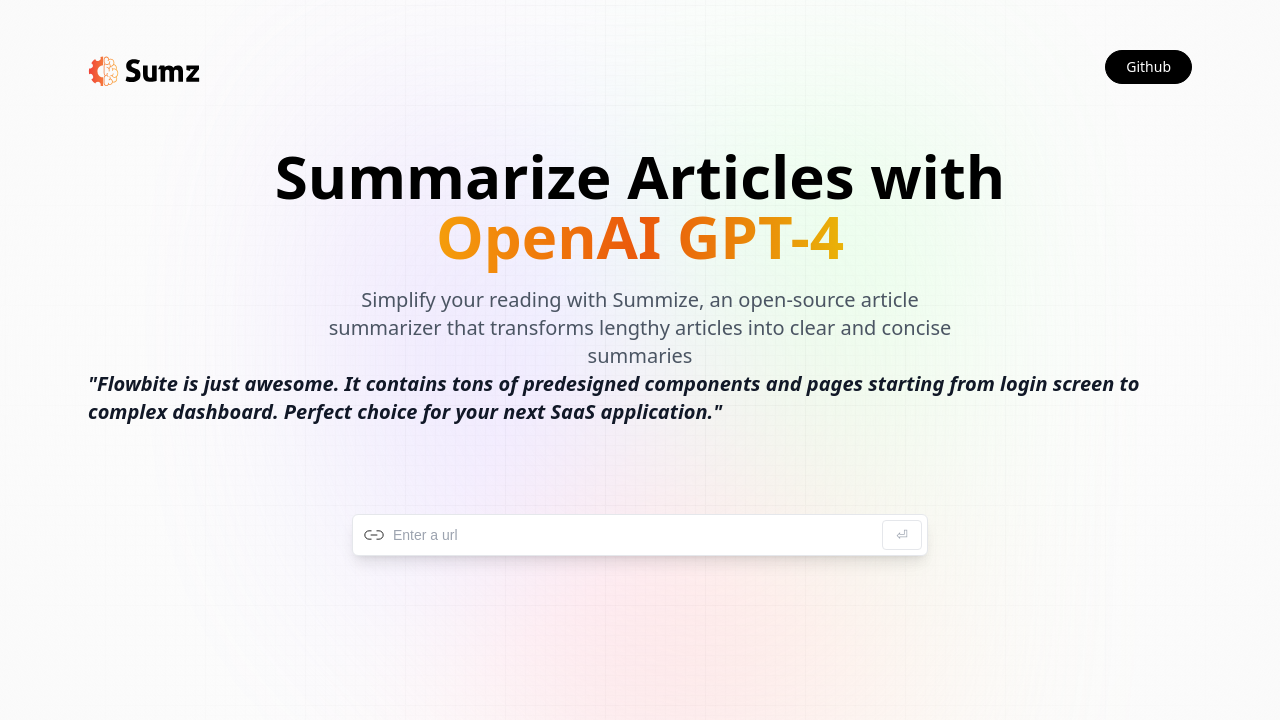
Repository: specialobyno/chatgpt-4
Page: /
An editor plug-in stored every save of this project. The page is shown before and after a run of saves, followed by the edit.
The browser window is 1280 px wide. The pictures show the whole page.
The page's requests for data from a server got no answer. An inner scrolling area shows only its first screen. Some web fonts or font styles are not loaded; a fallback is used. The project was rebuilt for these pictures with package versions that can differ from the ones it lists, and the page was loaded fresh each time. No one was signed in, and anything a server would have sent is missing. Also part of the build but not shown: vite.config.ts.

Above is the page before, as saved 2023-04-24 03:08:09.

### index.html
<!DOCTYPE html>
<html lang="en">
  <head>
    <meta charset="UTF-8" />
    <link rel="icon" type="image/svg+xml" href="/favicon.ico" />
    <meta name="viewport" content="width=device-width, initial-scale=1.0" />
    <link
      href="https://api.fontshare.com/v2/css?f[]=satoshi@1,900,700,500,300,400&display=swap"
      rel="stylesheet"
    />
    <link rel="preconnect" href="https://fonts.googleapis.com" />
    <link rel="preconnect" href="https://fonts.gstatic.com" crossorigin />
    <link
      href="https://fonts.googleapis.com/css2?family=Inter:wght@100;200;300;400;500;600;700;800;900&display=swap"
      rel="stylesheet"
    />
    <title>OpenAI Article Summarizer</title>
  </head>
  <body>
    <div id="root"></div>
    <script type="module" src="/src/main.tsx"></script>
  </body>
</html>

### src/main.tsx
import React from 'react'
import ReactDOM from 'react-dom/client'
import { Provider } from "react-redux"
import App from './App.tsx'
import store from './services/store.ts'



ReactDOM.createRoot(document.getElementById('root') as HTMLElement).render(
  <React.StrictMode>
    <Provider store={store} >
       <App />
    </Provider>

  </React.StrictMode>,
)

### src/App.tsx


import Demo from './components/Demo'
import Hero from './components/Hero'

import './App.css'
const App = () => {

  return (
    <main>
        <div className='main'>
            <div className="gradient" />
            <div className="app">
                <Hero />
                <Demo />
            </div>
        </div>
    </main>
  )
}

export default App

### src/services/store.ts
import { configureStore } from "@reduxjs/toolkit";
import { articleApi } from "./article";

const store = configureStore({
    reducer: {
        [articleApi.reducerPath] : articleApi.reducer
    },
    middleware: (getDefaultMiddleware) => getDefaultMiddleware().concat(articleApi.middleware)
})
export type RootState = ReturnType<typeof store.getState>
export default store

### src/components/Demo.tsx
import { FormEvent, useEffect, useState } from "react"
import copy from "../assets/copy.svg"
import linkIcon from "../assets/link.svg"
import loader from "../assets/loader.svg"
import tick from "../assets/tick.svg"
import { useLazyGetSummaryQuery } from "../services/article"

const Demo = () => {
  const [article, setArticle] = useState<{
    url: string
    summary: string
  }>({
    url: "",
    summary: "",
  })
  const [getSummary, {error, isFetching}] = useLazyGetSummaryQuery()
  const [allArticles, setAllArticles] = useState<{ summary: any; url: string; }[]>([])
  useEffect(()=> {
    const unParsedArticlesFromLocalStorage = localStorage.getItem('articles')
    const articlesFromLocalStorage = unParsedArticlesFromLocalStorage ? JSON.parse(unParsedArticlesFromLocalStorage) : []
    setAllArticles(articlesFromLocalStorage)
  }, [])
  const [copied1, setCopied1] = useState("")
  const [copied2, setCopied2] = useState("")
  const handleSubmit = async (e: FormEvent<HTMLFormElement>) => {
    e.preventDefault()
    const { data } = await getSummary({articleUrl: article.url})
    if(data?.summary){
      const newArticle = {...article, summary: data.summary}
      const updatedAllArticles = [newArticle, ...allArticles]
      setArticle(newArticle)
      setAllArticles(updatedAllArticles)
      localStorage.setItem('articles', JSON.stringify(updatedAllArticles))
    }
  }
  const handleCopy = (text: string, setFunc: (arg0: string) => any) => {
    navigator.clipboard.writeText(text)
    setFunc(text)
    setTimeout(() => setFunc(''), 3000)
  }
  return (
    <section className="mt-16 w-full max-w-xl">
      <div className="flex flex-col w-full gap-2">
        <form onSubmit={handleSubmit} className="relative flex justify-center items-center">
          <img src={linkIcon} alt="link" className="absolute left-0 my-2 ml-3 w-5" />
          <input
            type="url"
            placeholder="Enter a url"
            value={article.url}
            onChange={(e) => setArticle({ ...article, url: e.target.value })}
            required
            className="url_input peer text-green-900"
          />
          <button type="submit" className="submit_btn peer-focus:border-gray-700 peer-focus:text-gray-700">
            ⏎
          </button>
        </form>
        <div className="flex flex-col gap-1 max-h-60 overflow-y-auto">
          {allArticles.map((item, index) =>(
            <div
            key={`link-${index}`}
            className="link_card"
            >
              <div className="copy_btn" onClick={() => handleCopy(item.url, setCopied1)}>
                <img src={copied1 === item.url ? tick : copy} alt="copy_icon" className="w-[40%] h-[40%] object-contain " />
              </div>
              <p
              onClick={() => setArticle(item)}
              className="flex-1 font-satoshi text-blue-700 font-medium text-sm truncate">
                {item.url}
              </p>
            </div>
          ))}
        </div>
      </div>
      <div className="my-10 max-w-full flex justify-center">
            {isFetching ? (
              <img src={loader} alt="loader" className="w-20 h-20 object-contain" />
            ) : (
              error ? (
                <p className="font-inter font-bold text-black text-center">
                  Ops! That wasn't supposed to happen
                  <br />
                  <span className="font-satoshi font-normal text-gray-700">
                    {(error as any).data.message}
                  </span>
                </p>
              ) : (
                article.summary && (
                  <div className="flex flex-col gap3">
                    <h2 className="font-satoshi font-bold text-gray-600 text-xl">
                      Article <span className="blue_gradient">Summary</span>
                    </h2>
                    <div className="summary_box">
                      <p className="text-justify font-inter font-medium text-sm text-gray-700">{article.summary}</p>
                    </div>
                    <div className="flex  justify-end p-2 w-full" >
                      <button
                      disabled={copied2 === article.summary}
                      type="button"
                      className="bg-gradient-to-r from-orange-400 via-red-500 to-pink-500 hover:from-pink-500 hover:to-yellow-500 text-white text-sm font-bold py-2 px-4 rounded-full"
                      onClick={()=> handleCopy(article.summary, setCopied2)}
                      >
                        {copied2 === article.summary ? (
                          <small>Copied</small>
                        ): (
                          <small>Copy Summary</small>
                        )}
                      </button>
                    </div>
                  </div>

                )
              )
            ) }
      </div>
    </section>
  )
}

export default Demo

### src/components/Hero.tsx
import logo from "../assets/logo.svg"

const Hero = () => {
  return (
    <header className="w-full flex justify-center items-center flex-col">
      <nav className="flex justify-between items-center w-full mb-10 pt-3">
        <img src={logo} alt="Logo" className="w-28 object-contain" />
        <button
        type="button"
        onClick={() => window.open("https://github.com/specialobyno")}
        className="black_btn"
        >
            Github
        </button>
      </nav>
      <h1 className="head_text">
        Summarize Articles with <br className="max-md:hidden" />
        <span className="orange_gradient">OpenAI GPT-4</span>
      </h1>
      <h2 className="desc">
        Simplify your reading with Summize, an open-source article summarizer that transforms lengthy articles into clear and concise summaries
      </h2>

      <h3>
      <blockquote class="text-xl italic font-semibold text-gray-900 dark:text-white">
    <p>"Flowbite is just awesome. It contains tons of predesigned components and pages starting from login screen to complex dashboard. Perfect choice for your next SaaS application."</p>
</blockquote>

        <br />
        <p></p>
      </h3>
    </header>
  )
}

export default Hero

### src/App.css
@tailwind base;
@tailwind components;
@tailwind utilities;

/*
  Note: The styles for this gradient grid background is heavily inspired by the creator of this amazing site (https://dub.sh) – all credits go to them!
*/

.main {
  width: 100vw;
  min-height: 100vh;
  height: 100%;
  position: fixed;
  display: flex;
  justify-content: center;
  padding: 120px 24px 160px 24px;
  overflow-y: auto !important;
  /* pointer-events: none; */
}

.main:before {
  background: radial-gradient(circle, rgba(2, 0, 36, 0) 0, #fafafa 100%);
  position: absolute;
  content: "";
  z-index: 2;
  width: 100%;
  height: 100%;
  top: 0;
}

.main:after {
  content: "";
  background-image: url("/src/assets/grid.svg");
  z-index: 1;
  position: absolute;
  width: 100%;
  height: 100%;
  top: 0;
  opacity: 0.4;
  filter: invert(1);
}

.gradient {
  height: fit-content;
  z-index: 3;
  width: 100%;
  max-width: 640px;
  background-image: radial-gradient(
      at 27% 37%,
      hsla(215, 98%, 61%, 1) 0px,
      transparent 0%
    ),
    radial-gradient(at 97% 21%, hsla(125, 98%, 72%, 1) 0px, transparent 50%),
    radial-gradient(at 52% 99%, hsla(354, 98%, 61%, 1) 0px, transparent 50%),
    radial-gradient(at 10% 29%, hsla(256, 96%, 67%, 1) 0px, transparent 50%),
    radial-gradient(at 97% 96%, hsla(38, 60%, 74%, 1) 0px, transparent 50%),
    radial-gradient(at 33% 50%, hsla(222, 67%, 73%, 1) 0px, transparent 50%),
    radial-gradient(at 79% 53%, hsla(343, 68%, 79%, 1) 0px, transparent 50%);
  position: absolute;
  content: "";
  width: 100%;
  height: 100%;
  filter: blur(100px) saturate(150%);
  top: 80px;
  opacity: 0.15;
}

@media screen and (max-width: 640px) {
  .main {
    padding: 0;
  }
}

/* Tailwind Styles */

.app {
  @apply relative z-10 flex justify-center items-center flex-col max-w-7xl mx-auto sm:px-16 px-6;
}

.black_btn {
  @apply rounded-full border border-black bg-black py-1.5 px-5 text-sm text-white transition-all hover:bg-white hover:text-black;
}

.head_text {
  @apply mt-5 text-5xl font-extrabold leading-[1.15] text-black sm:text-6xl text-center;
}

.orange_gradient {
  @apply bg-gradient-to-r from-amber-500 via-orange-600 to-yellow-500 bg-clip-text text-transparent;
}

.desc {
  @apply mt-5 text-lg text-gray-600 sm:text-xl text-center max-w-2xl;
}

.url_input {
  @apply block w-full rounded-md border border-gray-200 bg-white py-2.5 pl-10 pr-12 text-sm shadow-lg font-satoshi font-medium focus:border-black focus:outline-none focus:ring-0;
}

.submit_btn {
  @apply hover:border-gray-700 hover:text-gray-700 absolute inset-y-0 right-0 my-1.5 mr-1.5 flex w-10 items-center justify-center rounded border border-gray-200 font-sans text-sm font-medium text-gray-400;
}

.link_card {
  @apply p-3 flex justify-start items-center flex-row bg-white border border-gray-200 gap-3 rounded-lg cursor-pointer;
}

.copy_btn {
  @apply w-7 h-7 rounded-full bg-white/10 shadow-[inset_10px_-50px_94px_0_rgb(199,199,199,0.2)] backdrop-blur flex justify-center items-center cursor-pointer;
}

.blue_gradient {
  @apply font-black bg-gradient-to-r from-blue-600 to-cyan-600 bg-clip-text text-transparent;
}

.summary_box {
  @apply rounded-xl border border-gray-200 bg-white/20 shadow-[inset_10px_-50px_94px_0_rgb(199,199,199,0.2)] backdrop-blur p-4;
}

### src/services/article.ts
import { createApi, fetchBaseQuery } from "@reduxjs/toolkit/query/react"

const rapidApiKey = import.meta.env.VITE_RAPID_API_ARTICLE_KEY
export const articleApi = createApi({
    reducerPath: "articleApi",
    baseQuery: fetchBaseQuery({
        baseUrl: 'https://article-extractor-and-summarizer.p.rapidapi.com/',
        prepareHeaders: (headers) => {
            headers.set('content-type', 'application/octet-stream')
            headers.set('X-RapidAPI-Key', rapidApiKey)
            headers.set('X-RapidAPI-Host', 'article-extractor-and-summarizer.p.rapidapi.com')
            return headers
        }
    }),
    endpoints: (builder) => ({
        getSummary: builder.query({
            query: (params) => {
                console.log(params)
                return `/summarize?url=${encodeURIComponent(params.articleUrl)}&length=3`
            }
        })
    })

})

export const {useLazyGetSummaryQuery} = articleApi

Loaded but not shown: tailwind.config.js (common file)

After the next 3 saves:
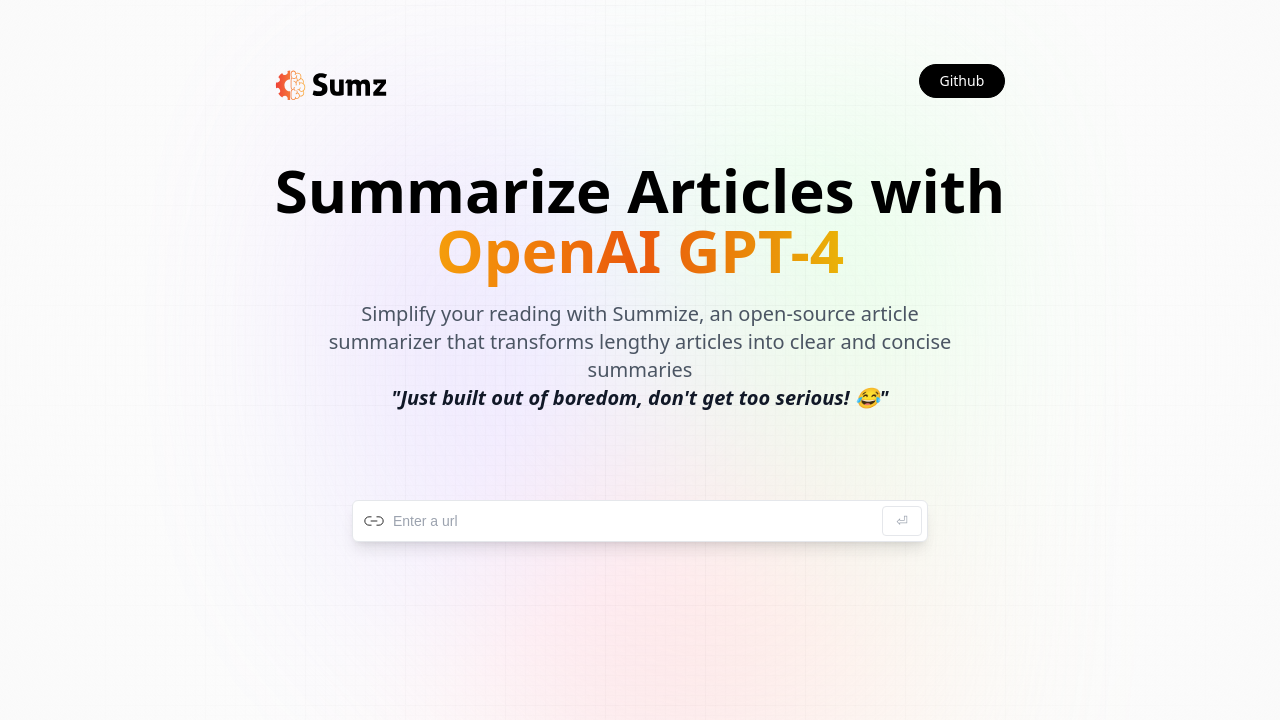
The 3 saves are shown as one change because they came seconds apart.
The last was saved 11 s later.
--- a/src/components/Hero.tsx
+++ b/src/components/Hero.tsx
@@ -23,7 +23,7 @@
 
       <h3>
       <blockquote class="text-xl italic font-semibold text-gray-900 dark:text-white">
-    <p>"Flowbite is just awesome. It contains tons of predesigned components and pages starting from login screen to complex dashboard. Perfect choice for your next SaaS application."</p>
+    <p>"Just built out of boredom, don't get too serious! 😂"</p>
 </blockquote>
 
         <br />
